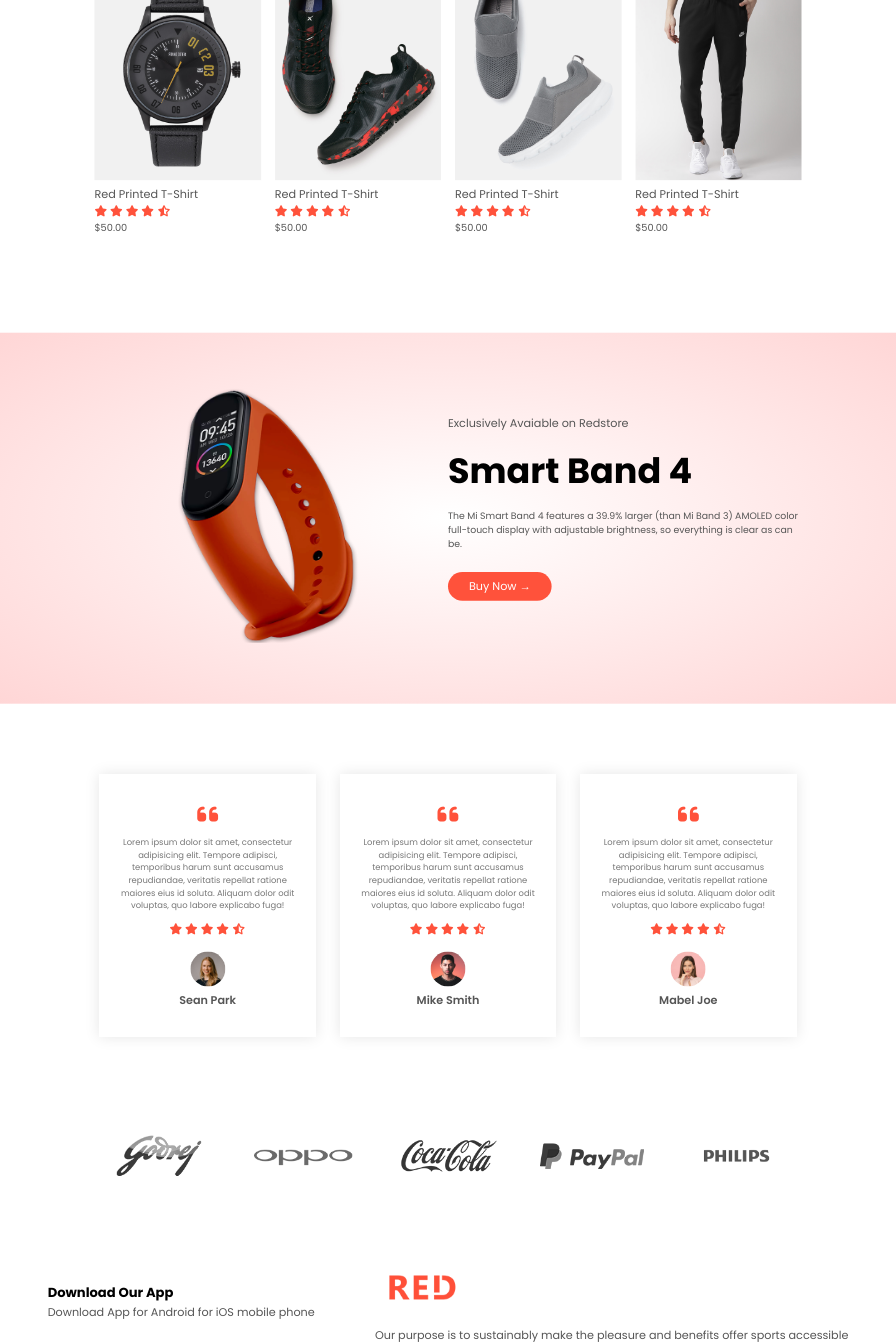
Repository: datvu1608/redsportstore
Page: index.html
An editor plug-in stored every save of this project. The page is shown before and after a run of saves, followed by the edit.
The browser window is 1280 px wide. The pictures show the part of the page from y = 2585 to 4505 px (the page is 4505 px tall), at 70% of full size.

Above is the page before, as saved 2023-11-23 15:11:30.

After the next 2 saves:
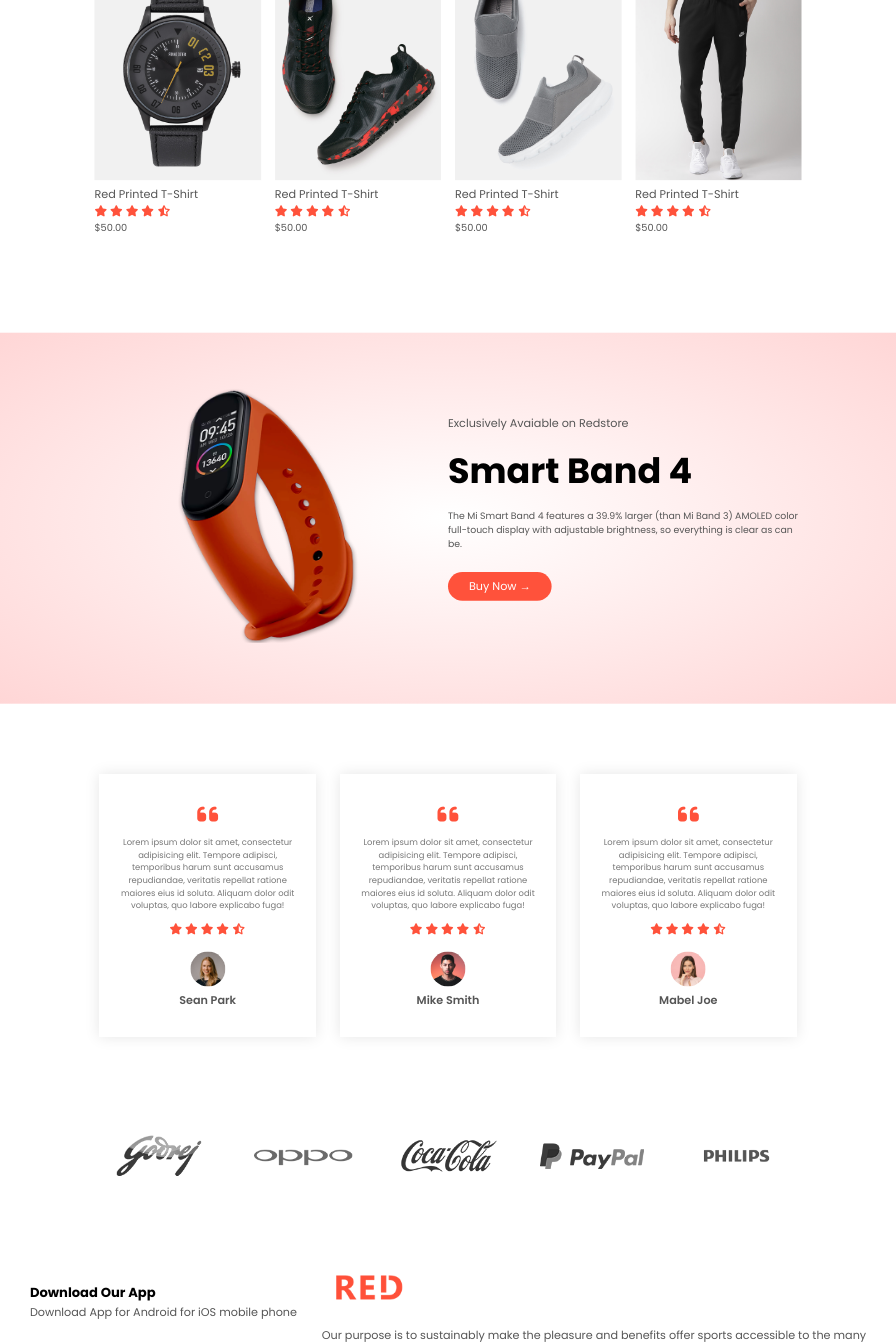
The 2 saves are shown as one change because they came seconds apart.
The last was saved 10 s later.
--- a/index.html
+++ b/index.html
@@ -346,7 +346,7 @@
             <img src="./images/logo-white.png" alt="" />
             <p>
               Our purpose is to sustainably make the pleasure and benefits offer
-              sports accessible
+              sports accessible to the many
             </p>
           </div>
         </div>
